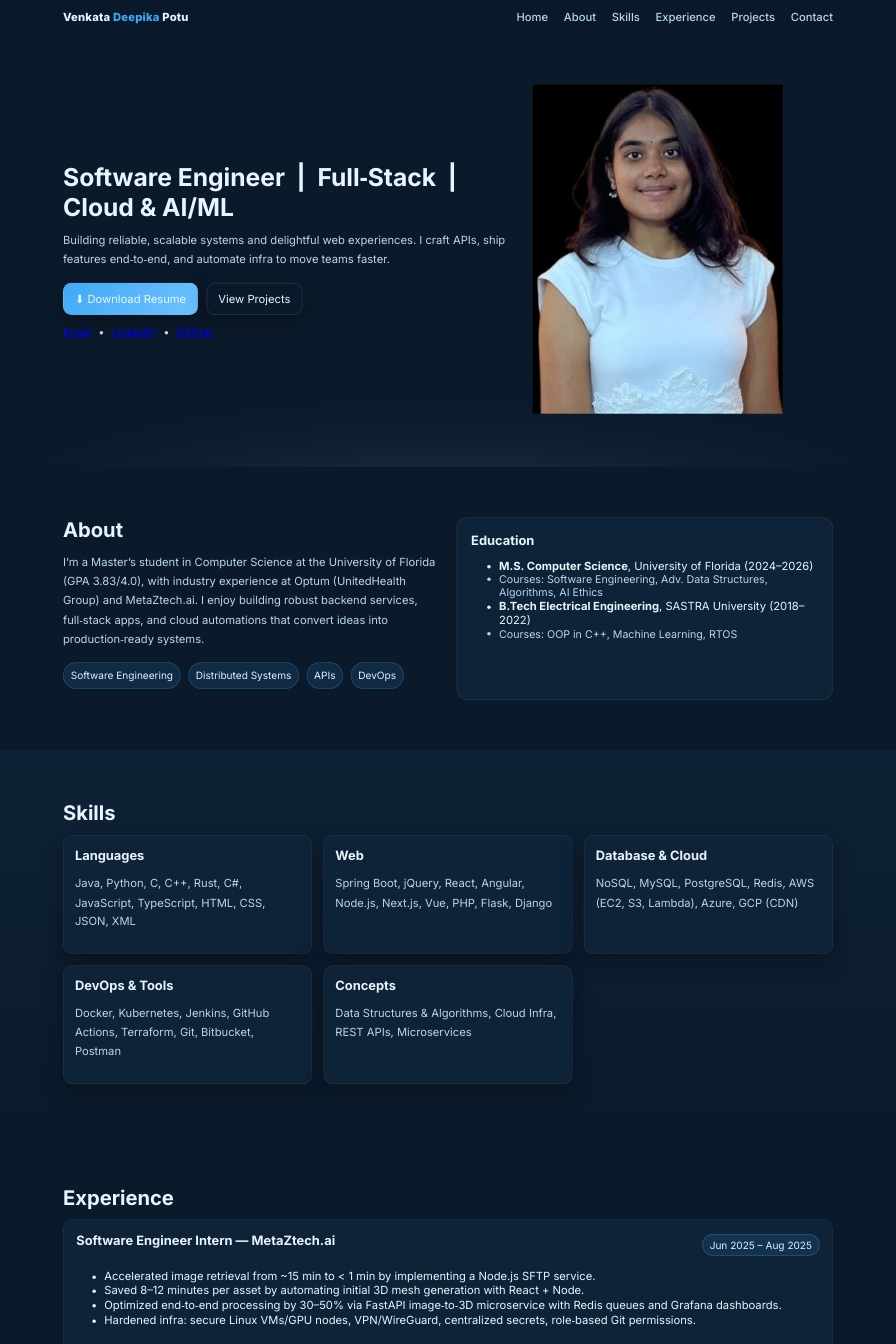
Repository: venkatadeepikapotu/deepika-portfolio
Page: index.html
An editor plug-in stored every save of this project. The page is shown before and after the next save, followed by the edit.
The browser window is 1280 px wide. The pictures show the part of the page from y = 0 to 1920 px (the page is 3616 px tall before and 3395 px after), at 70% of full size.

Above is the page before, as saved 2025-11-05 01:34:47.

After the next save:
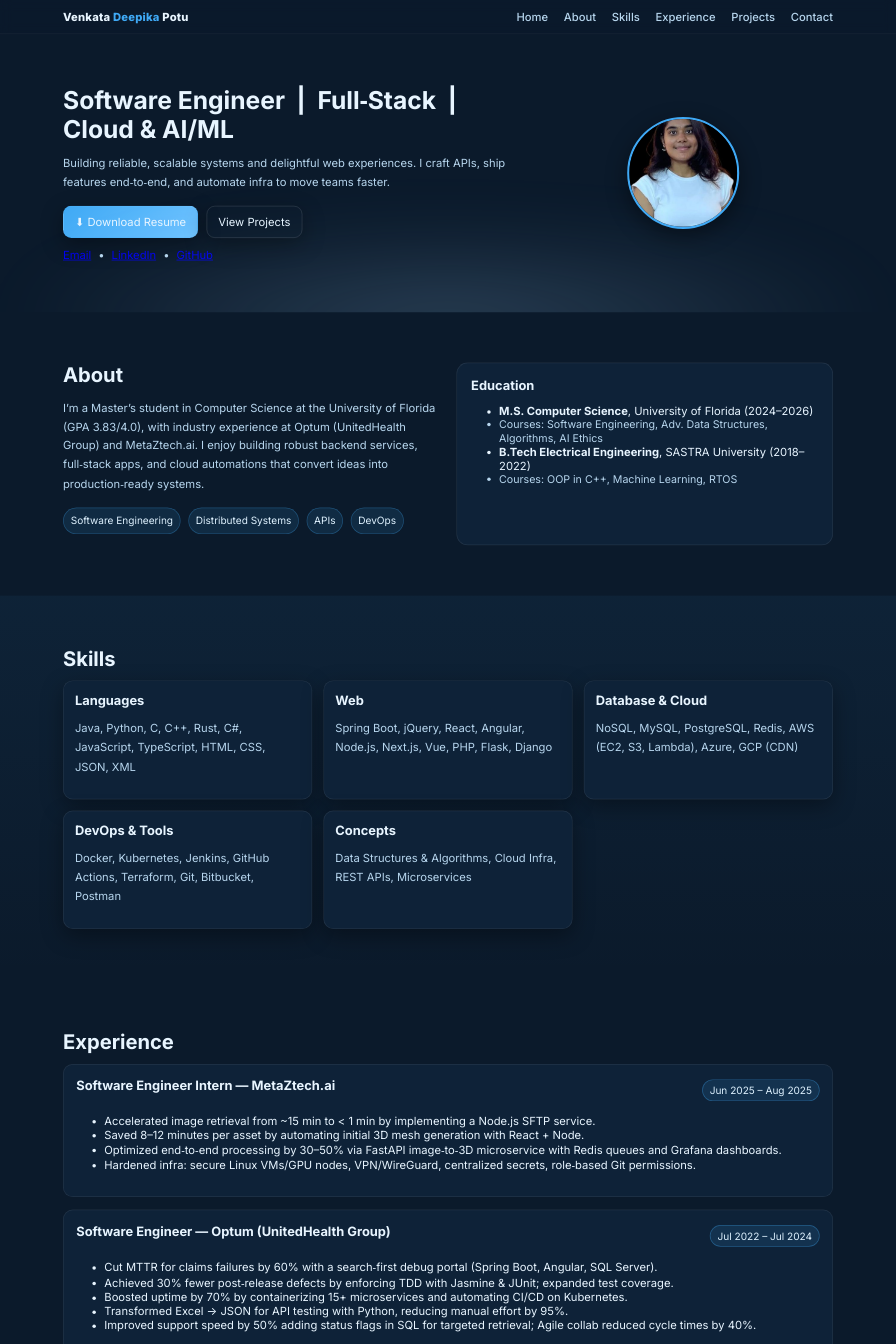
Saved 9 s later.
--- a/styles.css
+++ b/styles.css
@@ -88,6 +88,26 @@ p{color:var(--muted);line-height:1.7}
 
 
 /* HERO photo block */
+.hero-photo {
+  display: flex;
+  justify-content: center;
+  align-items: center;
+}
+
+.hero-photo img {
+  width: 160px;                     /* smaller and consistent */
+  height: 160px;
+  border-radius: 50%;               /* makes it circular */
+  object-fit: cover;                /* crops nicely */
+  border: 3px solid var(--brand);   /* light blue ring */
+  box-shadow: 0 10px 30px rgba(0, 0, 0, 0.45);
+  transition: transform 0.3s ease, box-shadow 0.3s ease;
+}
+
+.hero-photo img:hover {
+  transform: scale(1.05);
+  box-shadow: 0 15px 40px rgba(63, 169, 245, 0.4);
+}
 
 
 /* Project gallery cards */
